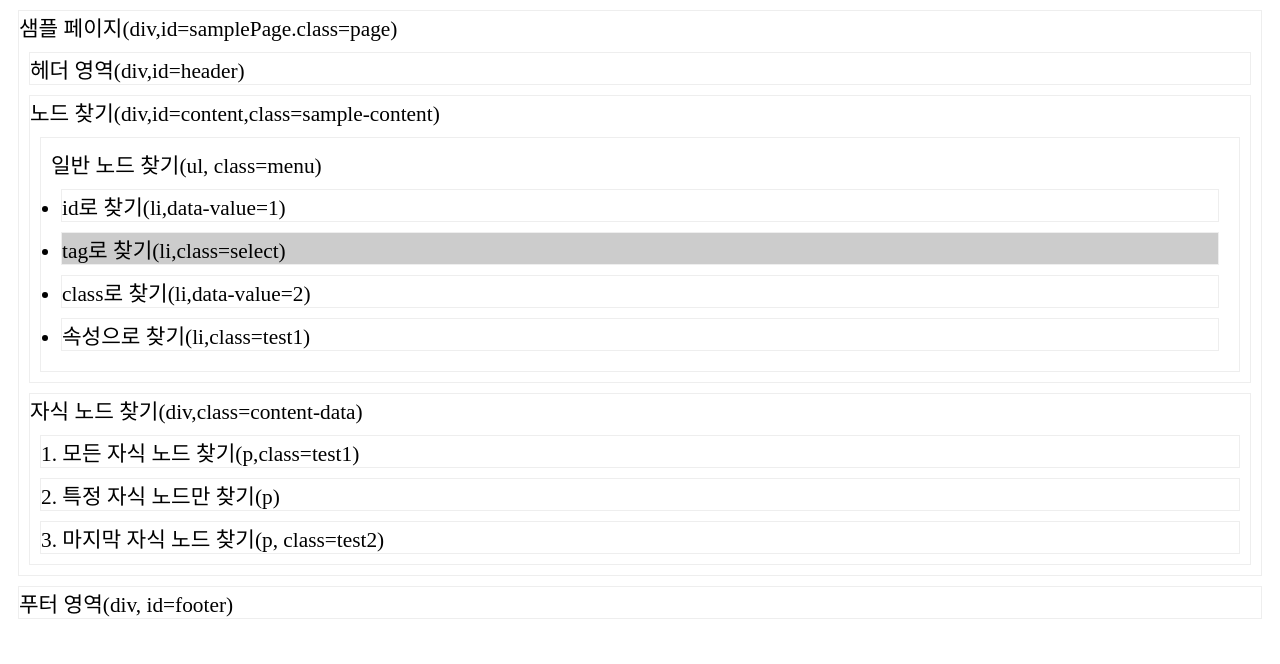
Repository: swc0516s/EZEN-JS
Page: JavaScript Workspace Lecture/JavaScript_jQuery_03/WebContent/Chapter02/2_10.html
An editor plug-in stored every save of this project. The page is shown before and after the next save, followed by the edit.
The browser window is 1280 px wide. The pictures show the whole page.

Above is the page before, as saved 2022-03-17 07:50:10.

After the next save:
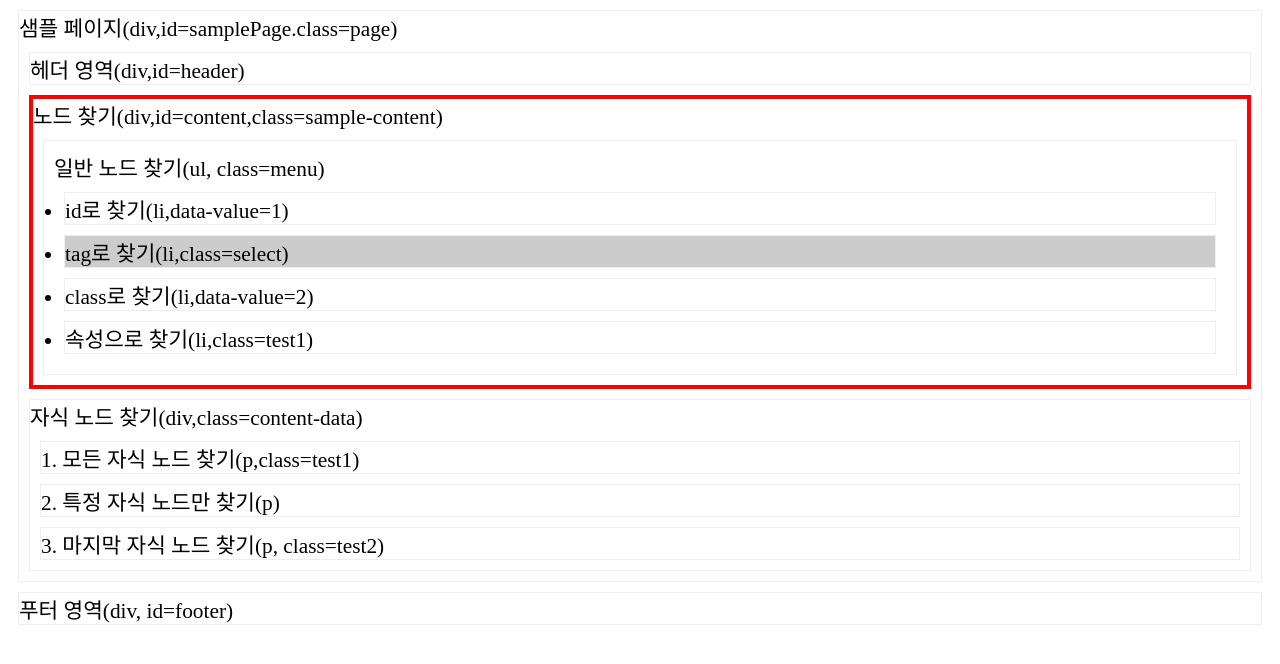
Saved 11 s later.
--- a/JavaScript Workspace Lecture/JavaScript_jQuery_03/WebContent/Chapter02/2_10.html
+++ b/JavaScript Workspace Lecture/JavaScript_jQuery_03/WebContent/Chapter02/2_10.html
@@ -27,7 +27,7 @@
 	// #content 노드의 자손(자식 포함)노드 중 test 클래스가 적용된 노드를 찾아
 	// border 속성을 "border", "4px solid #f00"
 	$(document).ready(function() {
-		var content = $("content");
+		var content = $("#content");
 		content.css("border", "4px solid #f00");
 
 	});

After the save that followed:
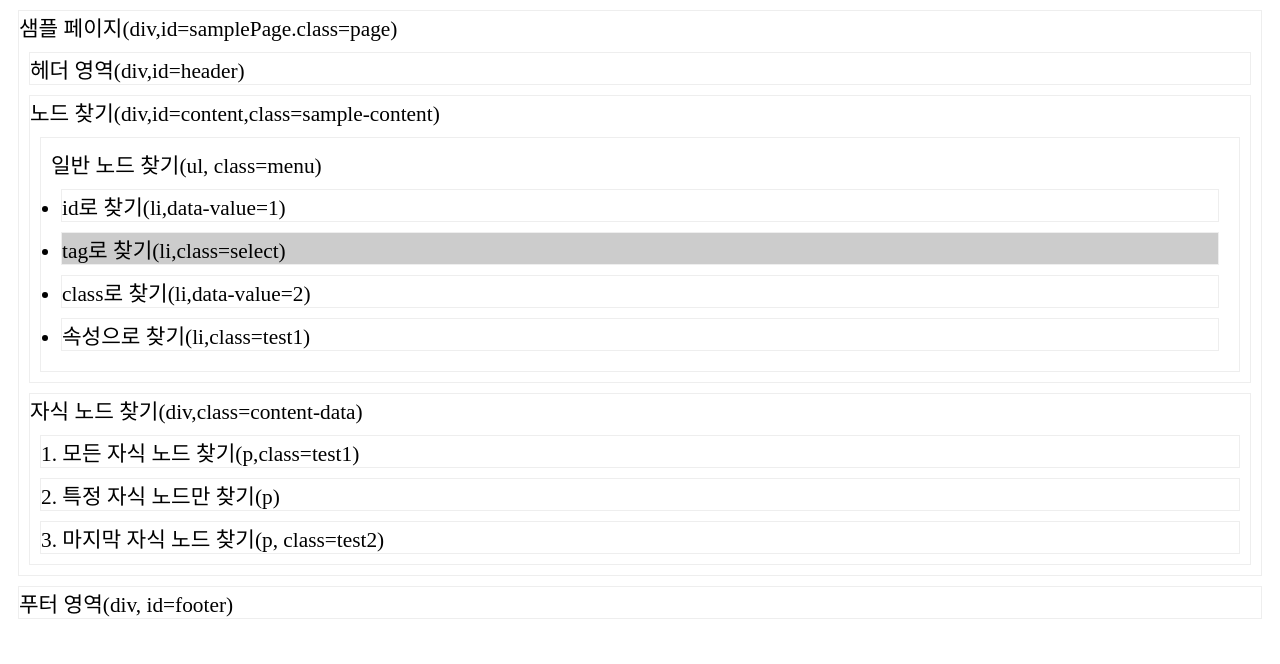
Saved 27 s later.
--- a/JavaScript Workspace Lecture/JavaScript_jQuery_03/WebContent/Chapter02/2_10.html
+++ b/JavaScript Workspace Lecture/JavaScript_jQuery_03/WebContent/Chapter02/2_10.html
@@ -28,7 +28,7 @@
 	// border 속성을 "border", "4px solid #f00"
 	$(document).ready(function() {
 		var content = $("#content");
-		content.css("border", "4px solid #f00");
+		content.filter(".test").css("border", "4px solid #f00");
 
 	});
 </script>
